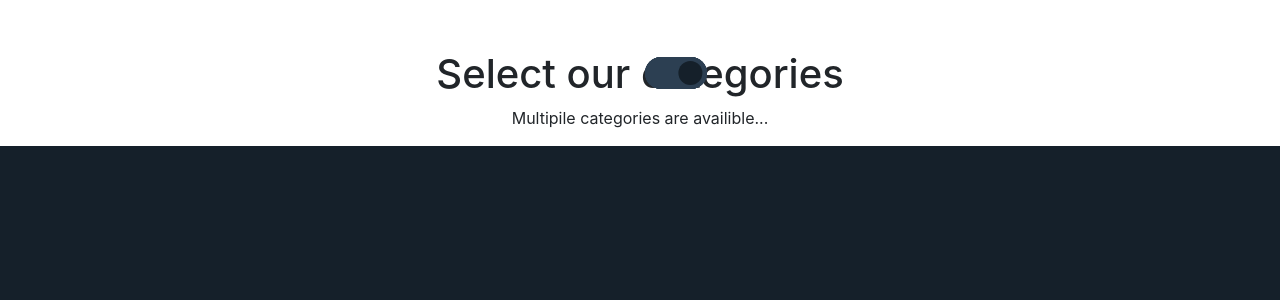
Repository: RafaelAshurov/TruthOrDrink
Page: /chose-your-categories
An editor plug-in stored every save of this project. The page is shown before and after the next save, followed by the edit.
The browser window is 1280 px wide. The pictures show the whole page.
The project was rebuilt for these pictures with package versions that can differ from the ones it lists, and the page was loaded fresh each time. Also part of the build but not shown: src/components/HelloWorld.vue, src/views/Home.vue, src/views/StartGame.vue.

Above is the page before, as saved 2020-10-09 15:22:01.

### public/index.html
<!DOCTYPE html>
<html lang="en">
    <head>
        <meta charset="utf-8" />
        <meta http-equiv="X-UA-Compatible" content="IE=edge" />
        <meta name="viewport" content="width=device-width,initial-scale=1.0" />
        <link rel="icon" href="<%= BASE_URL %>favicon.ico" />
        <title>Truth Or Drink</title>
    </head>
    <body>
        <noscript>
            <strong
                >We're sorry but truth_or_drink doesn't work properly without
                JavaScript enabled. Please enable it to continue.</strong
            >
        </noscript>
        <div id="app"></div>
        <!-- built files will be auto injected -->
    </body>
</html>

### src/App.vue
<template>
    <div id="app" class="container-fluid">
        <div class="row justify-content-center text-center">
            <div class="col-12 col-md-8 col-lg-6 site-content">
                <router-view />
            </div>
        </div>
    </div>
</template>

<style lang="scss">
#app {
    .site-content {
        padding-top: 50px;
    }
    .btn-bg {
        border-radius: 15px;
        -webkit-box-shadow: 0px 0px 5px 1px rgba(0, 0, 0, 1);
        -moz-box-shadow: 0px 0px 5px 1px rgba(0, 0, 0, 1);
        box-shadow: 0px 0px 5px 1px rgba(0, 0, 0, 1);
    }
}
</style>

### src/router.js
import Vue from "vue";
import Router from "vue-router";
import Home from "./views/Home.vue";
import StartGame from "./views/StartGame.vue";
import CategorySelect from "./views/CategorySelect.vue";

Vue.use(Router);

export default new Router({
  mode: "history",
  base: process.env.BASE_URL,
  routes: [
    {
      path: "/",
      name: "startGame",
      component: StartGame
    },
    {
      path: "/chose-your-categories",
      name: "categories",
      component: CategorySelect
    }
  ]
});

### src/views/CategorySelect.vue
<template>
    <div>
        <h1>Select our categories</h1>
        <p>Multipile categories are availible...</p>
        <div
            class="category-wrapper check"
            v-for="category in categories"
            :key="category.id"
        >
            <span><input type="checkbox" name="checkbox"/></span>
        </div>
    </div>
</template>

<script>
import { QuestionList } from "../helpers/questionsList";

export default {
    data() {
        return {
            categories: [],
            selectedCategories: []
        };
    },
    created: function() {
        const categories = this.fillterCategories(QuestionList);
        this.setCategoriesObjects(categories);
    },
    mounted: function() {
        console.log(this.categories);
    },
    methods: {
        fillterCategories(questionsList) {
            let categoriesArr = [];
            questionsList.forEach(question => {
                if (!categoriesArr.includes(question.category))
                    categoriesArr.push(question.category);
            });
            return categoriesArr;
        },
        setCategoriesObjects(categories) {
            categories.forEach(categoryName => {
                let categoryObj = {};
                switch (categoryName) {
                    case "light":
                        categoryObj = {
                            id: 1,
                            name: categoryName,
                            color: "#3b3d95",
                            description:
                                "Chill questions for mixed company—with just enough of a bite to help you loosen up together."
                        };
                        break;
                    case "chill":
                        categoryObj = {
                            id: 2,
                            name: categoryName,
                            color: "#ffce00",
                            description:
                                "Only good times allowed with these feel-good questions for you and your drinking buddies. "
                        };
                        break;
                    case "dirty":
                        categoryObj = {
                            id: 3,
                            name: categoryName,
                            color: "#e32526",
                            description:
                                "Cringeworthy, adult-themed questions that pair nicely with adult beverages. NSFW—this one is all about sex in great detail. Skip printing this one if you don’t want that."
                        };
                        break;
                    case "intimate":
                        categoryObj = {
                            id: 4,
                            name: categoryName,
                            color: "#140f3a",
                            description:
                                "Warning: do not play these questions unless it’s very late and you’ve got nothing left to lose. NSFW—there’s swears in this one too"
                        };
                        break;
                    default:
                        categoryObj = {
                            name: categoryName,
                            color: "#000000",
                            description: ""
                        };
                        break;
                }
                this.categories.push(categoryObj);
            });
        }
    }
};
</script>

<style lang="scss">
.transition,
input[type="radio"]:after,
input[type="checkbox"][type="radio"]:after,
input[type="checkbox"]:after {
    -moz-transition: all 0.25s cubic-bezier(0.75, 0.01, 0.48, 2);
    -o-transition: all 0.25s cubic-bezier(0.75, 0.01, 0.48, 2);
    -webkit-transition: all 0.25s cubic-bezier(0.75, 0.01, 0.48, 2);
    transition: all 0.25s cubic-bezier(0.75, 0.01, 0.48, 2);
}

.bgTransition,
input[type="radio"]:before,
input[type="checkbox"][type="radio"]:before,
input[type="checkbox"]:before {
    -moz-transition: all 0.25s ease-in-out;
    -o-transition: all 0.25s ease-in-out;
    -webkit-transition: all 0.25s ease-in-out;
    transition: all 0.25s ease-in-out;
}

input[type="radio"],
input[type="checkbox"] {
    position: relative;
}
input[type="radio"]:before,
input[type="radio"]:after,
input[type="checkbox"]:before,
input[type="checkbox"]:after {
    content: "";
    position: absolute;
}
input[type="radio"]:before,
input[type="checkbox"]:before {
    height: 100%;
}
input[type="radio"][type="radio"],
input[type="checkbox"][type="radio"] {
    border-radius: 30px;
}
input[type="radio"][type="radio"]:before,
input[type="checkbox"][type="radio"]:before {
    width: 100%;
    border-radius: 30px;
    background-color: #2c3f52;
    box-shadow: 0 0 0 1px #2c3f52;
}
input[type="radio"][type="radio"]:after,
input[type="checkbox"][type="radio"]:after {
    width: 100%;
    height: 100%;
    border-radius: 30px;
    background-color: #15202a;
    -moz-transform: scale(0, 0);
    -ms-transform: scale(0, 0);
    -webkit-transform: scale(0, 0);
    transform: scale(0, 0);
}
input[type="radio"][type="radio"]:checked:after,
input[type="checkbox"][type="radio"]:checked:after {
    -moz-transform: scale(0.75, 0.75);
    -ms-transform: scale(0.75, 0.75);
    -webkit-transform: scale(0.75, 0.75);
    transform: scale(0.75, 0.75);
}
input[type="radio"][type="radio"]:checked:before,
input[type="checkbox"][type="radio"]:checked:before {
    background-color: #85ff7a;
    box-shadow: 0 0 0 1px #85ff7a;
}
input[type="radio"][type="checkbox"]:before,
input[type="checkbox"][type="checkbox"]:before {
    width: 200%;
    background-color: #2c3f52;
    box-shadow: 0 0 0 1px #2c3f52;
    -moz-transform: translate(-25%, 0);
    -ms-transform: translate(-25%, 0);
    -webkit-transform: translate(-25%, 0);
    transform: translate(-25%, 0);
    border-radius: 30px;
}
input[type="radio"][type="checkbox"]:after,
input[type="checkbox"][type="checkbox"]:after {
    width: 80%;
    height: 80%;
    margin-top: 10%;
    margin-left: 10%;
    background-color: #15202a;
    border-radius: 30px;
    -moz-transform: translate(60%, 0);
    -ms-transform: translate(60%, 0);
    -webkit-transform: translate(60%, 0);
    transform: translate(60%, 0);
}
input[type="radio"][type="checkbox"]:checked:after,
input[type="checkbox"][type="checkbox"]:checked:after {
    -moz-transform: translate(-60%, 0);
    -ms-transform: translate(-60%, 0);
    -webkit-transform: translate(-60%, 0);
    transform: translate(-60%, 0);
}
input[type="radio"][type="checkbox"]:checked:before,
input[type="checkbox"][type="checkbox"]:checked:before {
    background-color: #85ff7a;
    box-shadow: 0 0 0 1px #85ff7a;
}

* {
    -webkit-tap-highlight-color: transparent;
    -webkit-touch-callout: none;
    -webkit-user-select: none;
    -khtml-user-select: none;
    -moz-user-select: none;
    -ms-user-select: none;
    user-select: none;
}

html {
    background-color: #15202a;
}

input {
    display: block;
    margin: 36px;
}
input[type="radio"],
input[type="checkbox"] {
    cursor: pointer;
    width: 30px;
    height: 30px;
}

.radio,
.check {
    position: absolute;
    -moz-transform: translate(-50%, -50%);
    -ms-transform: translate(-50%, -50%);
    -webkit-transform: translate(-50%, -50%);
    transform: translate(-50%, -50%);
    top: 50%;
    left: 50%;
}

.radio {
    margin-left: -36px;
}

.check {
    margin-left: 36px;
}
</style>

Loaded but not shown: src/main.js (common file); src/plugins/bootstrap-vue.js (common file); src/helpers/questionsList.js (2213 lines, source omitted)

After the next save:
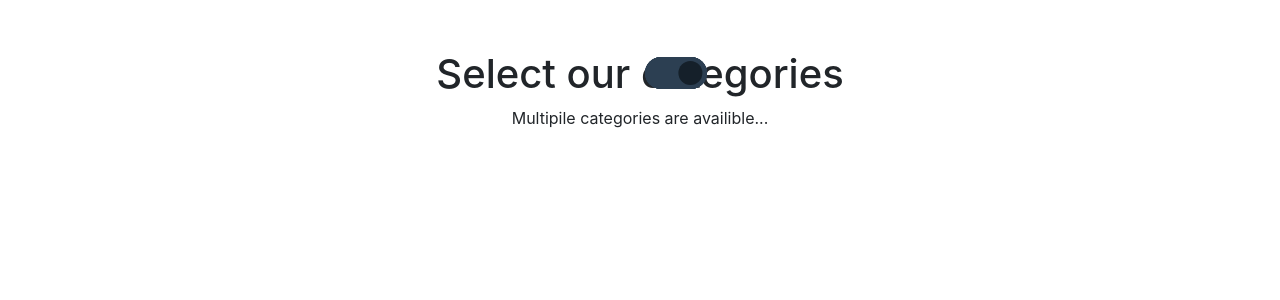
Saved 40 s later.
--- a/src/views/CategorySelect.vue
+++ b/src/views/CategorySelect.vue
@@ -200,20 +200,6 @@
     box-shadow: 0 0 0 1px #85ff7a;
 }
 
-* {
-    -webkit-tap-highlight-color: transparent;
-    -webkit-touch-callout: none;
-    -webkit-user-select: none;
-    -khtml-user-select: none;
-    -moz-user-select: none;
-    -ms-user-select: none;
-    user-select: none;
-}
-
-html {
-    background-color: #15202a;
-}
-
 input {
     display: block;
     margin: 36px;
